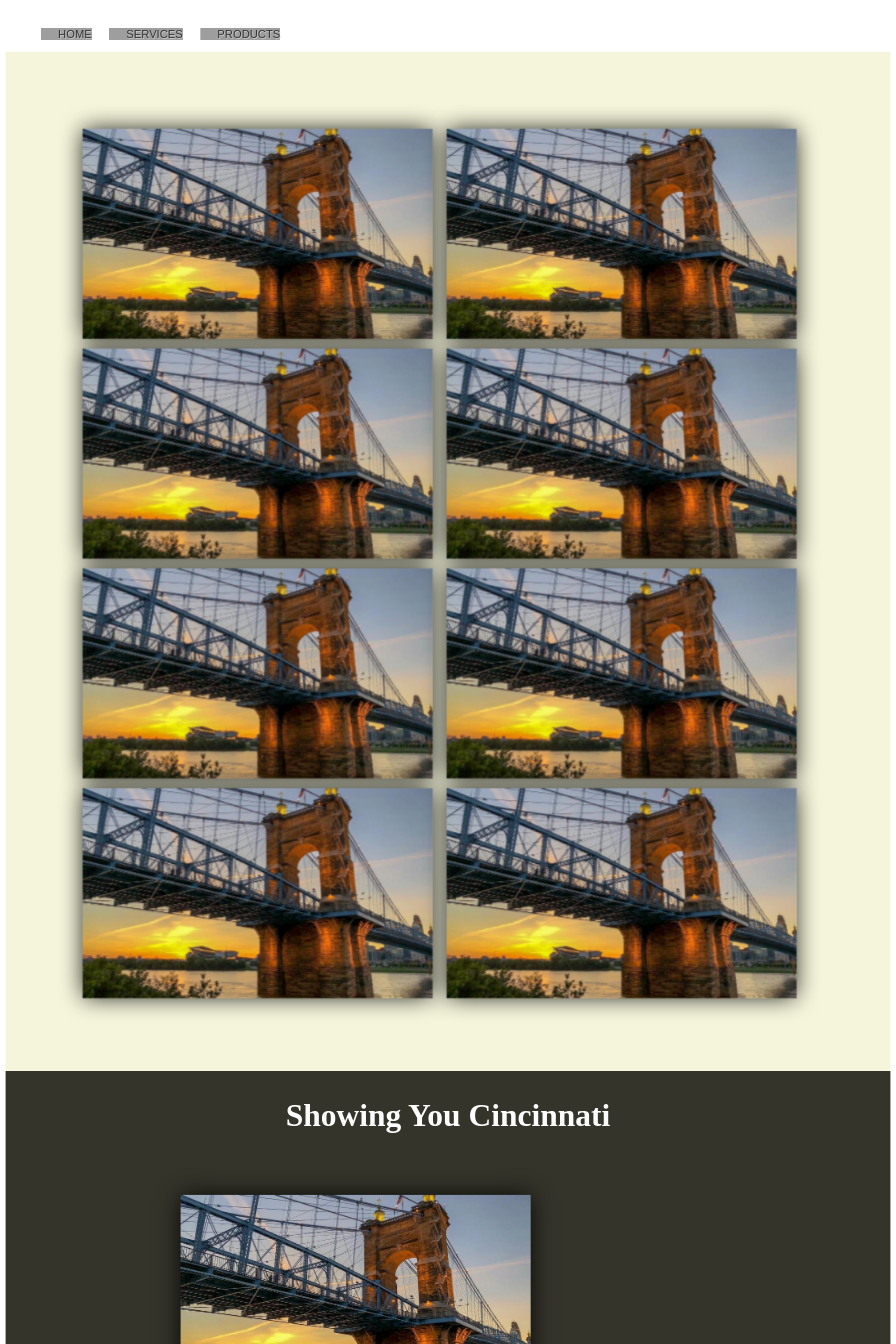
Repository: LtGriff/capstoneprogress
Page: index.html
The author's editor kept a copy of each file at every save. The page is drawn from the files as they stood at one save, then again after a run of saves.
The browser window is 1280 px wide. The pictures show the part of the page from y = 0 to 1920 px (the page is 4090 px tall), at 70% of full size.
Pictures or frames that could not be fetched are drawn as grey boxes.

Above is the page before, as saved 2022-06-06 03:26:12.
Console error: TypeError: Cannot read properties of null (reading 'addEventListener')

### index.html
<!DOCTYPE html>
<html lang="en">
<head>
     <meta charset="UTF-8">
     <meta http-equiv="X-UA-Compatible" content="IE=edge">
     <meta name="viewport" content="width=device-width, initial-scale=1.0">
     <title>Document</title>
     <link rel="stylesheet" href="style.css">
     <script src="script.js"></script>

</head>
<body>


     </html><nav id="main-menu">
     <ul class="nav-bar">
          <li class="nav-button-home"><a href="#">Home</a></li>
          <li class="nav-button-services"><a href="#">Services</a></li>
          <li class="nav-button-products"><a href="#">Products</a></li>
     </ul>
</nav>


<section class="gallery scene--card">

          <div class="card">
               <div class="card__face card__face--front">
                    <img src="img/bridge.jpg" alt="bridge">
               </div>

               <div class="card__face card__face--back">
               </div>

          </div>





               <!--IM MF LOST BOI-->





               <div class="card">
                    <img src="img/bridge.jpg" alt="bridge">


               </div>

               <div class="card">
                    <img src="img/bridge.jpg" alt="bridge">


               </div>

               <div class="card">
                    <img src="img/bridge.jpg" alt="bridge">


               </div>


               <div class="card">
                    <img src="img/bridge.jpg" alt="bridge">


               </div>

               <div class="card">
                    <img src="img/bridge.jpg" alt="bridge">


               </div>

               <div class="card">
                    <img src="img/bridge.jpg" alt="bridge">


               </div>

               <div class="card">
                    <img src="img/bridge.jpg" alt="bridge">


               </div>
</section>





<section class="gallerytwo">


                    <div class="city">
                         <h1>Showing You Cincinnati</h1>
                    </div>



     <div class="picture">
          <img src="img/bridge.jpg" alt="bridge">



     </div>

     <div class="picture">
          <img src="img/bridge.jpg" alt="bridge">


     </div>

     <div class="picture">
          <img src="img/bridge.jpg" alt="bridge">


     </div>

     <div class="picture">
          <img src="img/bridge.jpg" alt="bridge">


     </div>


     <div class="picture">
          <img src="img/bridge.jpg" alt="bridge">


     </div>

     <div class="picture">
          <img src="img/bridge.jpg" alt="bridge">


     </div>
</section>


</body>

### style.css
body { font-family: sans-serif; }

#main-menu .nav-bar { list-style:none; margin-top: 40px; }
#main-menu .nav-bar li { display:inline; padding:0 10px; }

#main-menu .nav-bar li a {
  text-decoration: none;
  padding-left: 25px;
  text-transform: uppercase;
  color: #333;
	text-shadow: 1px 1px 1px #ccc;
}

.nav-bar .nav-button-home a { background:url("https://www.cheesetoast.co.uk/cheesepress/wp-content/uploads/2012/08/home.gif") no-repeat 0px -2px transparent; }

.nav-bar .nav-button-services a { background:url("https://www.cheesetoast.co.uk/cheesepress/wp-content/uploads/2012/08/services.gif") no-repeat 0px -2px transparent; }

.nav-bar .nav-button-products a { background:url("https://www.cheesetoast.co.uk/cheesepress/wp-content/uploads/2012/08/products.gif") no-repeat 0px -2px transparent; }




.gallery{
  display: flex;
  flex-direction: row;
  flex-wrap: wrap;
  /* justify-content: space-between; */
  background-color: beige;
  height: 100%;
  padding-left: 100px;
  padding-bottom: 100px;
  padding-top: 100px;
  padding-right: 100px;
}

.gallery .card{
  margin-left: 10px;
  margin-right: 10px;
  margin-top: 10px;

  /* TEST */
  transition: transform 1s;
  transform-style: preserve-3d;
  cursor: pointer;
  position: relative;
}


.gallery .card img{
  width: 500px;
  height: 300px;
  box-shadow: 0px 0px 32px -1px rgba(0, 0, 0, 0.9);
}

.card__face {
  display: flex;

}





























/* Gallery two */


.gallerytwo{
  display: flex;
  flex-direction: row;
  flex-wrap: wrap;
  justify-content: space-between;
  background-color: rgb(52, 52, 43);
  height: 100%;
  padding: 0px 200px;
}

.gallerytwo .picture{
  margin: 50px;
}

.gallerytwo .picture img{
  width: 500px;
  height: 300px;
  box-shadow: 0px 0px 32px -1px rgba(0, 0, 0, 0.9);
}

.city{
  width: 100%;
  text-align: center;
  color: white;
  font-size: 30px;
  font-family: cursive;

}

### script.js
var card = document.querySelector('.card');
card.addEventListener( 'click', function() {
  card.classList.toggle('is-flipped');
});

After the next 3 saves:
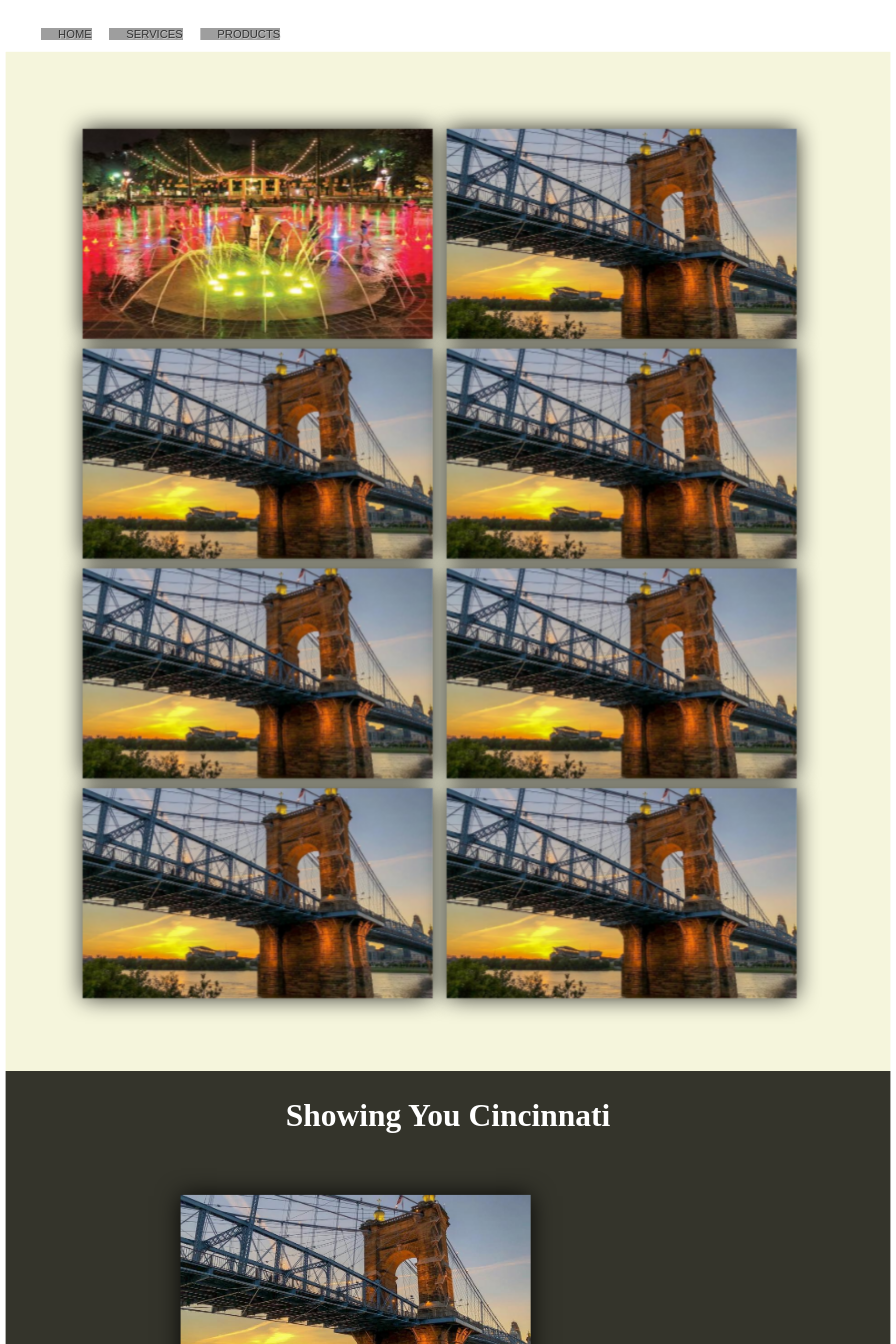
The 3 saves are shown as one change because they came seconds apart.
The last was saved 101 s later.
--- a/index.html
+++ b/index.html
@@ -25,7 +25,7 @@
 
           <div class="card">
                <div class="card__face card__face--front">
-                    <img src="img/bridge.jpg" alt="bridge">
+                    <img src="img/Park.jpg" alt="bridge">
                </div>
 
                <div class="card__face card__face--back">
